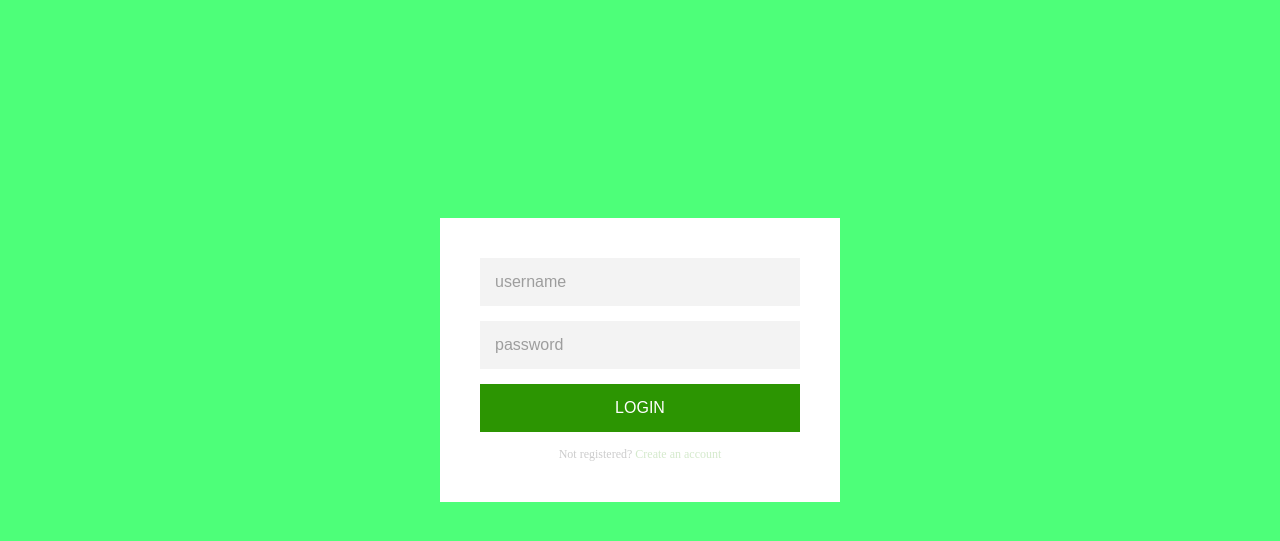
Repository: taka-sama/HTML-CSS-JS
Page: web00-lite/ex2/public_html/index.html
An editor plug-in stored every save of this project. The page is shown before and after the next save, followed by the edit.
The browser window is 1280 px wide. The pictures show the whole page.
The style sheet was rebuilt from its Sass, Less or Tailwind sources for each picture, by a compiler version that may differ from the author's.

Above is the page before, as saved 2022-01-04 18:29:45.

After the next save:
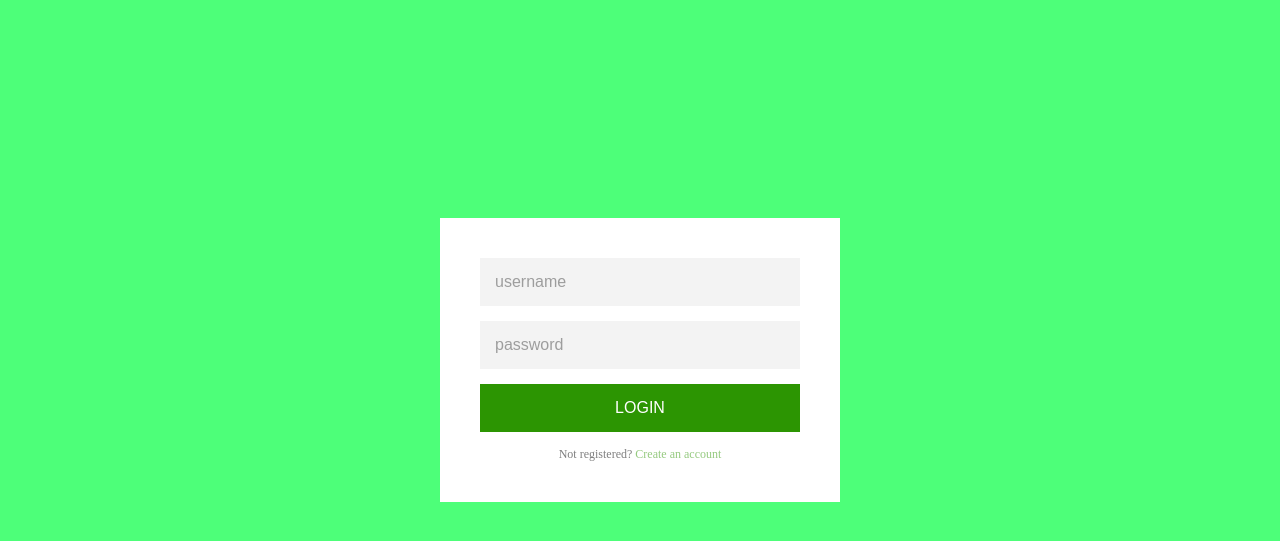
Saved 4 s later.
--- a/web00-lite/ex2/public_html/style.scss
+++ b/web00-lite/ex2/public_html/style.scss
@@ -63,7 +63,7 @@
   padding: 15px 0 0 0;
   opacity: 0.7;
   margin: 0;
-  opacity: 0.2;
+  opacity: 0.5;
   a {
     color: rgb(44, 149, 2);
     text-decoration: none;
